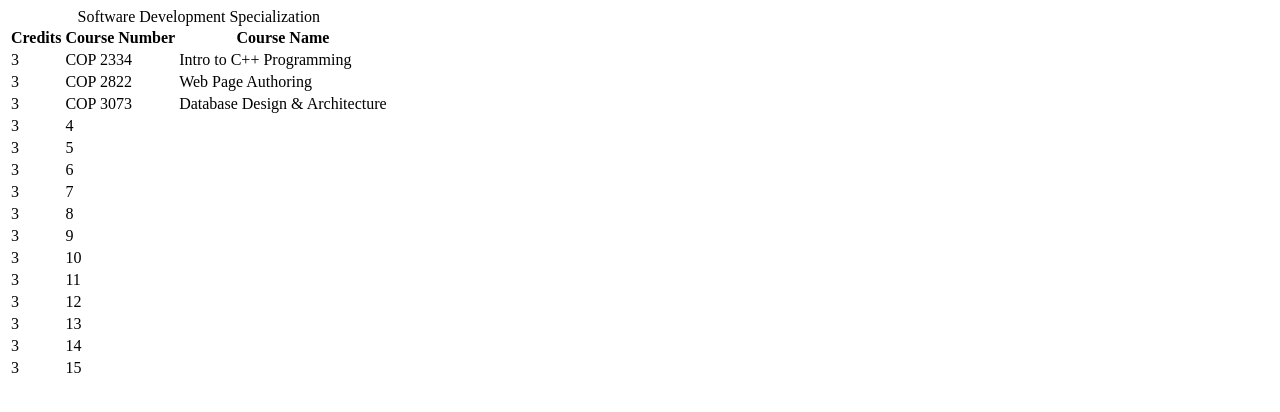
Repository: mlmEFSC21/P3-DegreeSpecializationTable
Page: index.html
The author's editor kept a copy of each file at every save. The page is drawn from the files as they stood at one save, then again after the next save.
The browser window is 1280 px wide. The pictures show the whole page.

Above is the page before, as saved 2022-01-30 20:34:48.

After the next save:
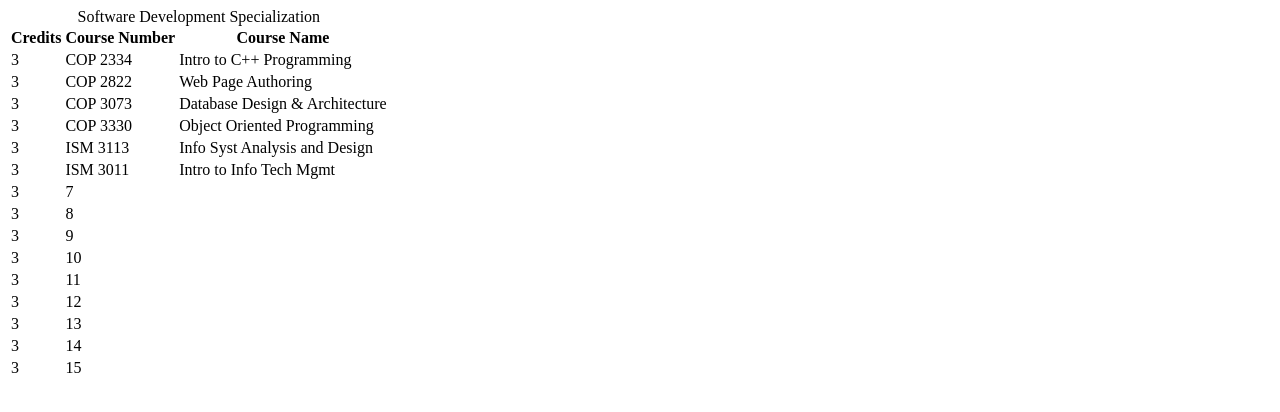
Saved 2 min 47 s later.
--- a/index.html
+++ b/index.html
@@ -33,18 +33,18 @@
             </tr>
             <tr>
                 <td>3</td>
-                <td>4</td>
-                <td></td>
+                <td>COP 3330</td>
+                <td>Object Oriented Programming</td>
             </tr>
             <tr>
                 <td>3</td>
-                <td>5</td>
-                <td></td>
+                <td>ISM 3113</td>
+                <td>Info Syst Analysis and Design</td>
             </tr>
             <tr>
                 <td>3</td>
-                <td>6</td>
-                <td></td>
+                <td>ISM 3011</td>
+                <td>Intro to Info Tech Mgmt</td>
             </tr>
             <tr>
                 <td>3</td>
